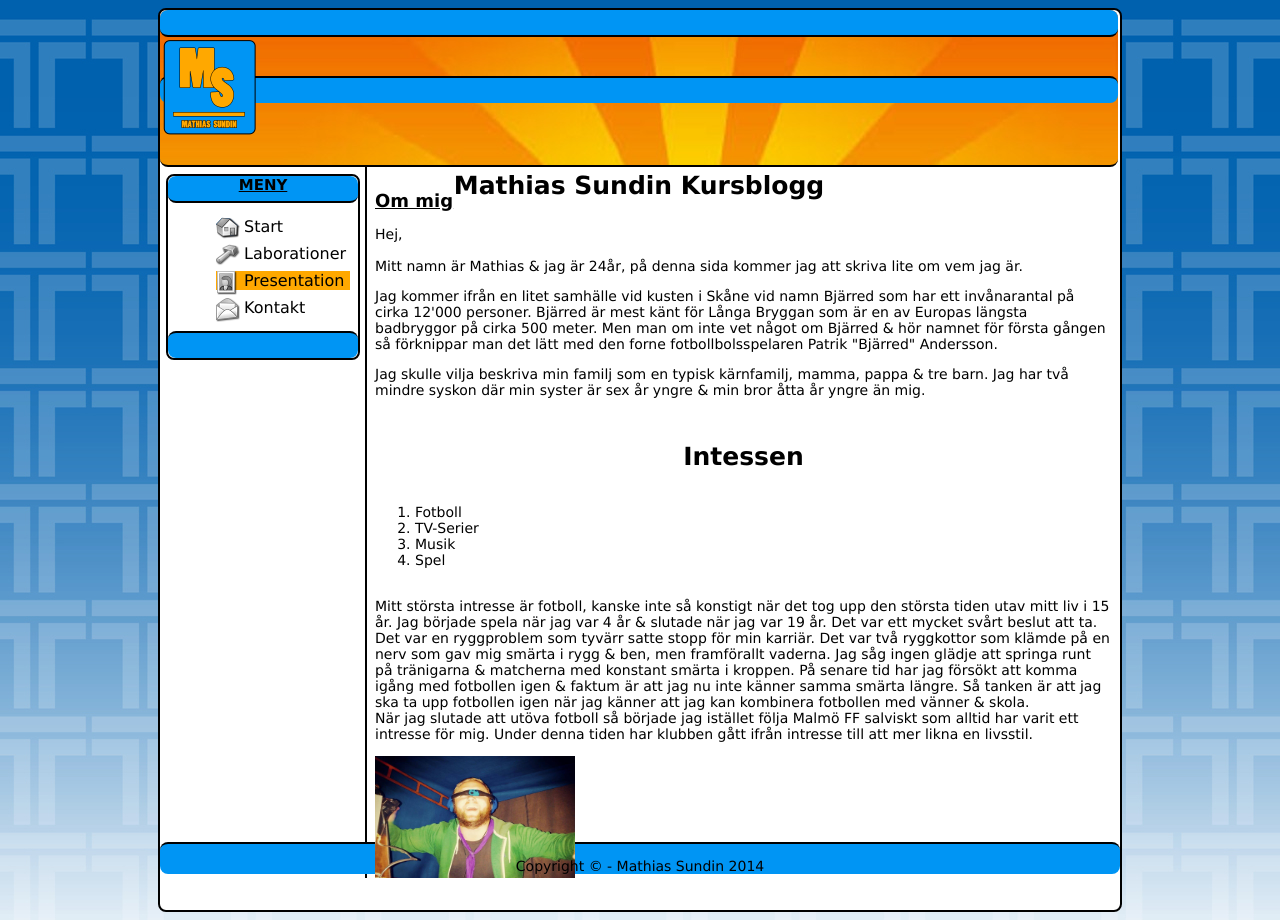
Repository: ms223uh/1ik415-laborationer
Page: www/pages/presentation.html
The author's editor kept a record of every edit. The page is drawn from the files as they stood at one moment, then again after the next edit.
The browser window is 1280 px wide. The pictures show the whole page.
An inner scrolling area shows only its first screen.

Above is the page before.

After the next edit:
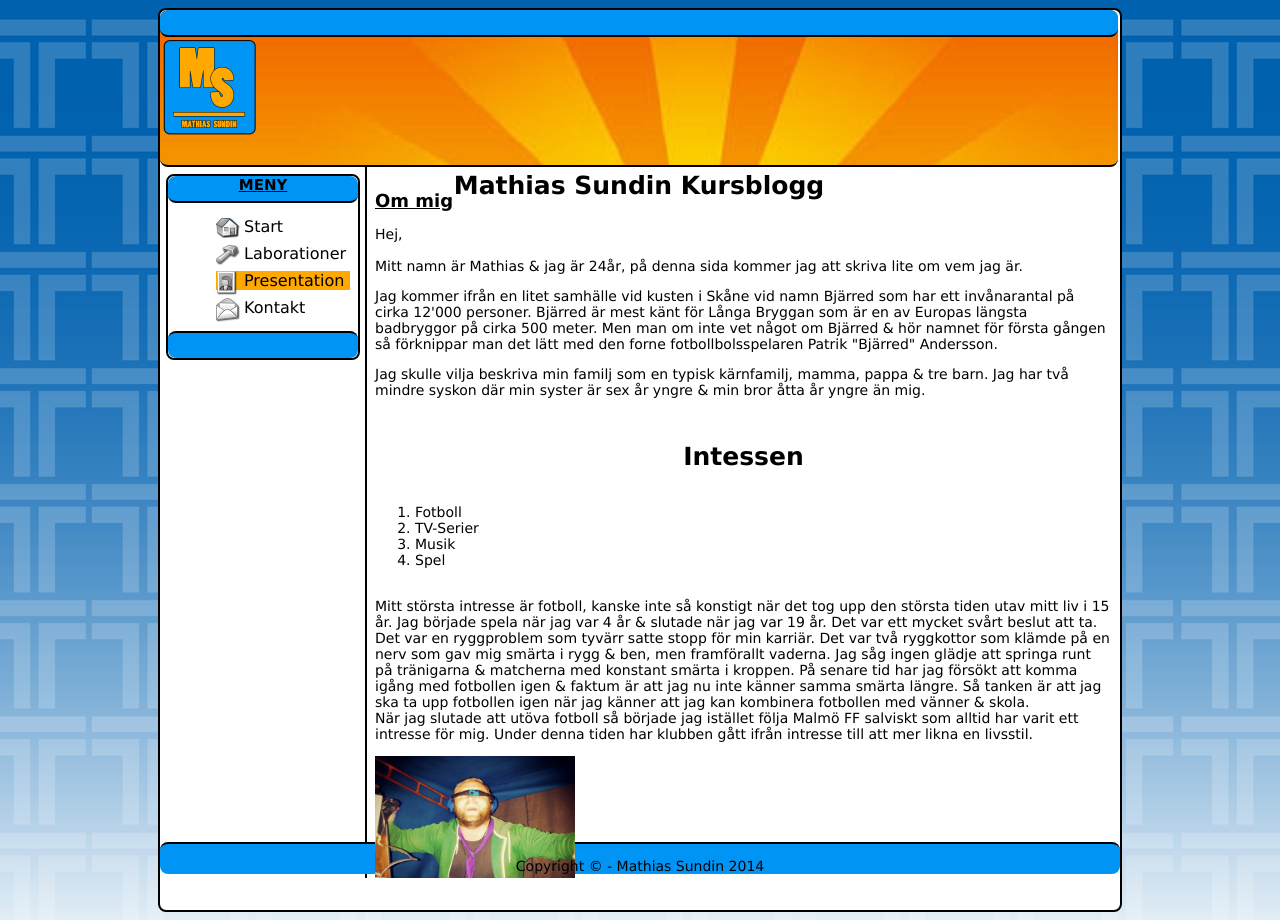
The edit:
--- a/www/pages/presentation.html
+++ b/www/pages/presentation.html
@@ -27,7 +27,7 @@
             <h4>Mathias Sundin Kursblogg</h4>
 
 
-            <div id="footer3"></div>
+
 
         </div>
 
